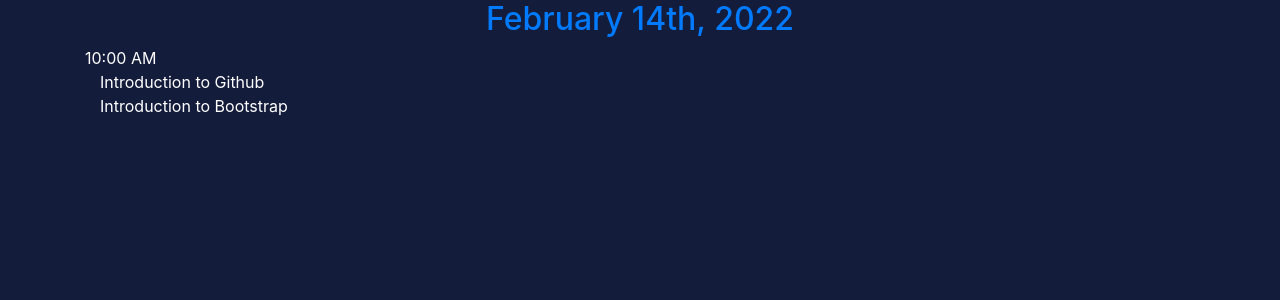
Repository: BaileyLuu/yuHacks2022
Page: public/schedule.html
These files come from the project's save history. The page is drawn as it stood at one moment and after the next save; the edit follows.
The browser window is 1280 px wide. The pictures show the whole page.
Some web libraries are served in a nearby version.

Above is the page before, as saved 2021-11-20 12:14:45.

### public/schedule.html
<!DOCTYPE html>
<html lang="en">
<head>
    <meta charset="UTF-8">
    <meta http-equiv="X-UA-Compatible" content="IE=edge">
    <meta name="viewport" content="width=device-width, initial-scale=1.0">

    <script src="https://ajax.googleapis.com/ajax/libs/jquery/3.5.1/jquery.min.js"></script>

    <!-- Popper JS -->
    <script src="https://cdnjs.cloudflare.com/ajax/libs/popper.js/1.12.9/umd/popper.min.js"
        integrity="sha384-ApNbgh9B+Y1QKtv3Rn7W3mgPxhU9K/ScQsAP7hUibX39j7fakFPskvXusvfa0b4Q"
        crossorigin="anonymous"></script>

    <!-- Latest compiled JavaScript -->
    <script src="https://maxcdn.bootstrapcdn.com/bootstrap/4.0.0/js/bootstrap.min.js"
        integrity="sha384-JZR6Spejh4U02d8jOt6vLEHfe/JQGiRRSQQxSfFWpi1MquVdAyjUar5+76PVCmYl"
        crossorigin="anonymous"></script>

    <!-- Latest compiled and minified CSS -->
    <link rel="stylesheet" href="https://maxcdn.bootstrapcdn.com/bootstrap/4.0.0/css/bootstrap.min.css"
        integrity="sha384-Gn5384xqQ1aoWXA+058RXPxPg6fy4IWvTNh0E263XmFcJlSAwiGgFAW/dAiS6JXm" crossorigin="anonymous">

    <!-- AOS CSS Library CDN -->
    <link href="https://unpkg.com/aos@2.3.1/dist/aos.css" rel="stylesheet">
    <!-- Bootstrap Icons -->
    <link rel="stylesheet" href="https://cdn.jsdelivr.net/npm/bootstrap-icons@1.7.0/font/bootstrap-icons.css">



    <script src="https://code.jquery.com/jquery-3.2.1.slim.min.js"
        integrity="sha384-KJ3o2DKtIkvYIK3UENzmM7KCkRr/rE9/Qpg6aAZGJwFDMVNA/GpGFF93hXpG5KkN"
        crossorigin="anonymous"></script>
    <link rel="stylesheet" href="./schedule.css">
    <script src="schedule.js"></script>
    <script src="https://ajax.googleapis.com/ajax/libs/jquery/3.3.1/jquery.min.js"></script>
    <title>yuHacks Schedule</title>
</head>
<body>
   <section class="text-white">
    <div class="container">
        <h2 class="text-primary title text-center">February 14th, 2022</h1>

        <!-- <div class="row row-cols-2">
          <div class="col">Column</div>
          <div class="col">Column</div>
          <div class="col">Column</div>
          <div class="col">Column</div>
          <div class="col">Column</div>
          <div class="col">Column</div>

        </div>
        <div class="row row-cols-2">
            <div class="col">Column</div>
            <div class="col">Column</div>
            <div class="col">Column</div>
            <div class="col">Column</div>
            <div class="col">Column</div>
            <div class="col">Column</div>

          </div> -->
  <div class="schedule-table">



          <div class="schedule-time">
            <div>10:00 AM</div>

          </div>
          <div class="col-md-8">
              <div>Introduction to Github</div>
              <div></div>
              <div>Introduction to Bootstrap</div>
          </div>

      </div>
    </div>
   </section>

   <script src="https://cdnjs.cloudflare.com/ajax/libs/jquery/3.6.0/jquery.min.js"
   integrity="sha512-894YE6QWD5I59HgZOGReFYm4dnWc1Qt5NtvYSaNcOP+u1T9qYdvdihz0PPSiiqn/+/3e7Jo4EaG7TubfWGUrMQ=="
   crossorigin="anonymous" referrerpolicy="no-referrer"></script>
<!-- Option 1: Bootstrap Bundle with Popper -->
<script src="https://cdn.jsdelivr.net/npm/bootstrap@5.1.3/dist/js/bootstrap.bundle.min.js"
   integrity="sha384-ka7Sk0Gln4gmtz2MlQnikT1wXgYsOg+OMhuP+IlRH9sENBO0LRn5q+8nbTov4+1p"
   crossorigin="anonymous"></script>

<script src="https://unpkg.com/aos@2.3.1/dist/aos.js"></script>
<script>
   AOS.init({
       offset: 500,
       duration: 800,
       once: true,
   }

   );
</script>
</body>
</html>

### public/schedule.css
body {
    background-color: #141c3c;
  }

.schedule-time{
  display:flex;
  flex-direction: column;
}
.schedule-table{
  display:flex;
  flex-direction:column;
}

Loaded but not shown: public/schedule.js (no copy from this time; the picture is the same without it)

After the next save:
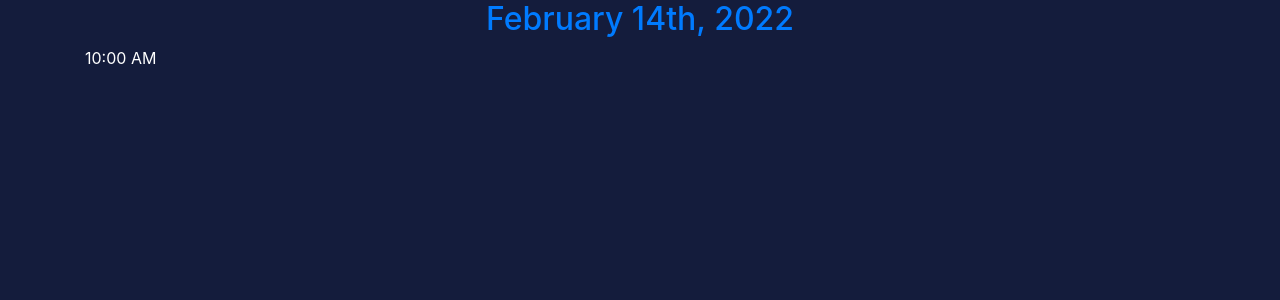
Saved 38 s later.
--- a/public/schedule.html
+++ b/public/schedule.html
@@ -67,11 +67,11 @@
             <div>10:00 AM</div>
 
           </div>
-          <div class="col-md-8">
+          <!-- <div class="col-md-8">
               <div>Introduction to Github</div>
               <div></div>
               <div>Introduction to Bootstrap</div>
-          </div>
+          </div> -->
 
       </div>
     </div>
